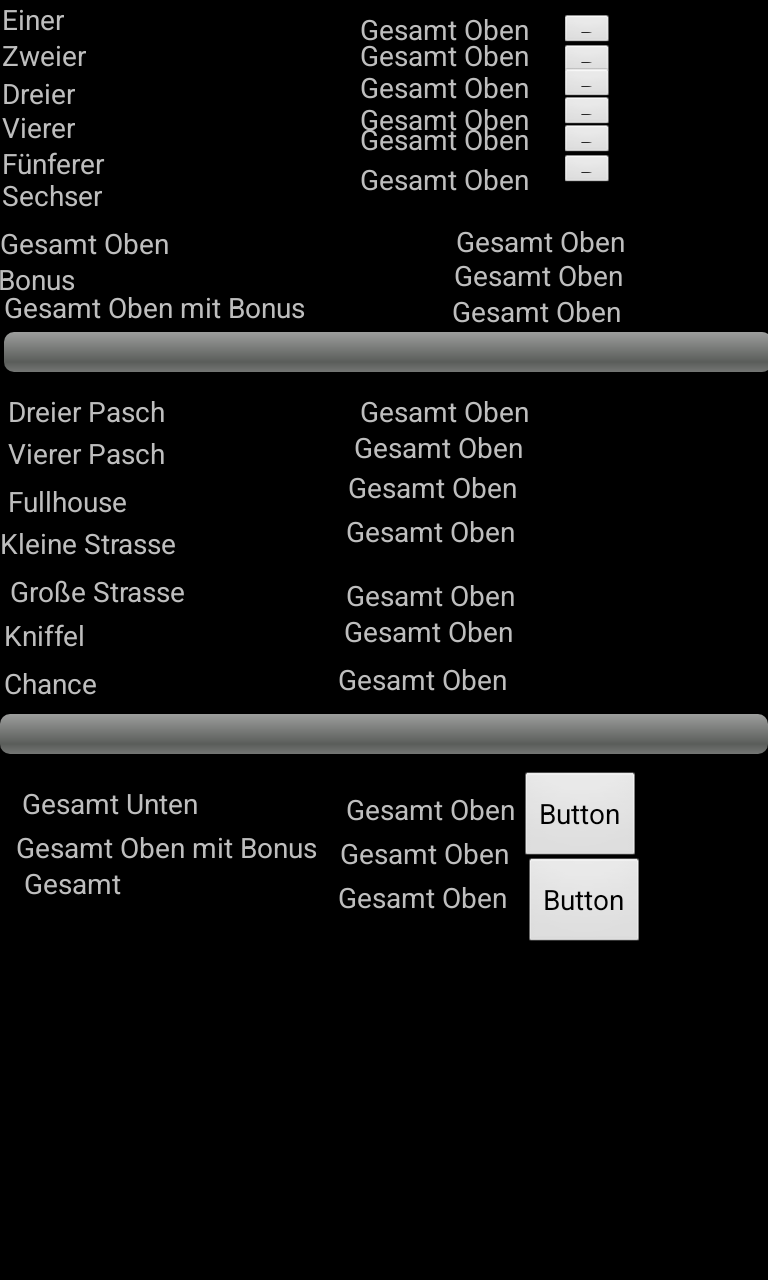
Repository: Lemkerene/App
Layout: kniffel/res/layout/blatt.xml
These files come from the project's save history. The layout is drawn as it stood at one moment and after the next save; the edit follows.
It is drawn on a 768 x 1280 px phone screen (xhdpi) without system bars, with theme android:Theme; the app's code is not run.

Above is the layout before, as saved 2012-08-05 11:02:28.

After the next save:
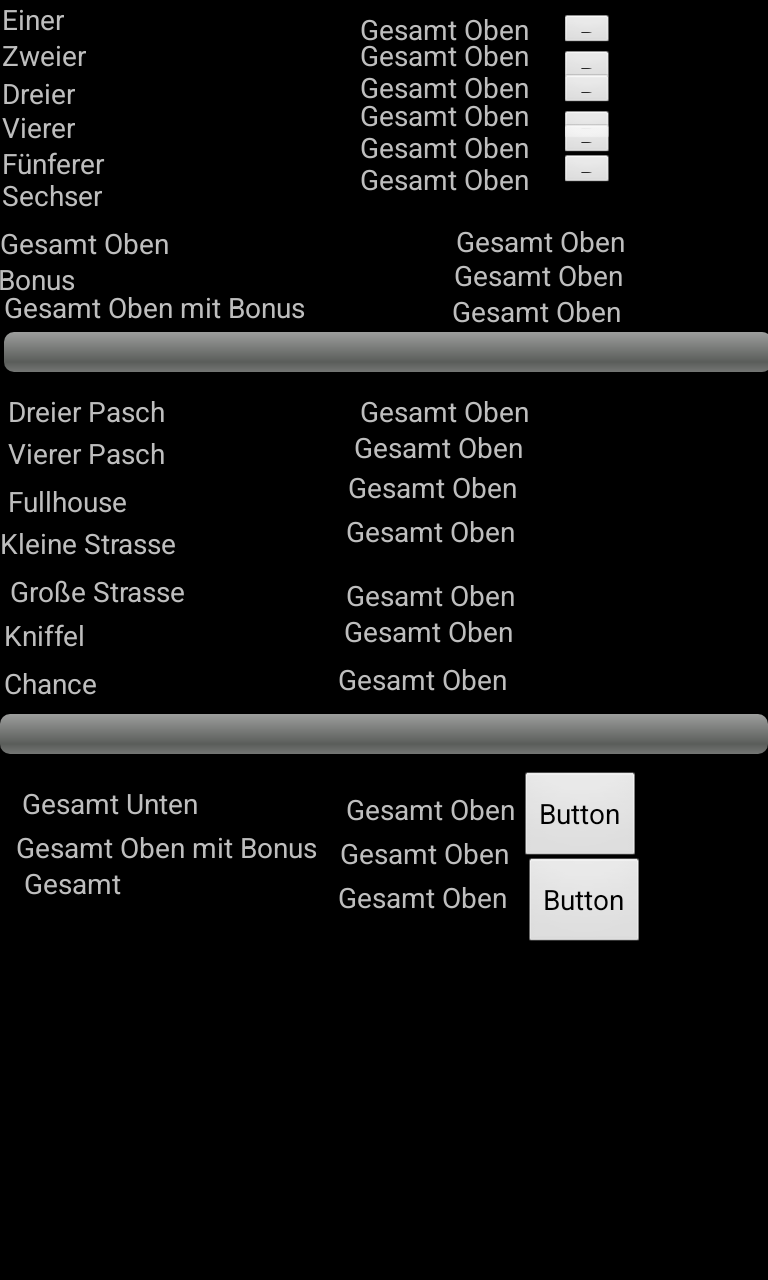
Saved 2 min 55 s later.
--- a/kniffel/res/layout/blatt.xml
+++ b/kniffel/res/layout/blatt.xml
@@ -1,8 +1,8 @@
 <?xml version="1.0" encoding="utf-8"?>
 <AbsoluteLayout xmlns:android="http://schemas.android.com/apk/res/android"
     android:id="@+id/AbsoluteLayout1"
-    android:layout_width="fill_parent"
-    android:layout_height="fill_parent" >
+    android:layout_width="match_parent"
+    android:layout_height="match_parent" >
 
     <TextView
         android:id="@+id/TextView13"
@@ -294,26 +294,6 @@
         android:text="@string/gesoben"
         android:textAppearance="?android:attr/textAppearanceSmall" />
 
-
-    <TextView
-        android:id="@+id/ein5er"
-        android:layout_width="wrap_content"
-        android:layout_height="wrap_content"
-        android:layout_x="180dp"
-        android:layout_y="60dp"
-        android:text="@string/gesoben"
-        android:textAppearance="?android:attr/textAppearanceSmall" />
-
-
-    <TextView
-        android:id="@+id/ein4er"
-        android:layout_width="wrap_content"
-        android:layout_height="wrap_content"
-        android:layout_x="180dp"
-        android:layout_y="50dp"
-        android:text="@string/gesoben"
-        android:textAppearance="?android:attr/textAppearanceSmall" />
-
     <TextView
         android:id="@+id/TextView28"
         android:layout_width="wrap_content"
@@ -395,7 +375,7 @@
         android:layout_width="27dp"
         android:layout_height="18dp"
         android:layout_x="280dp"
-        android:layout_y="22dp"
+        android:layout_y="25dp"
         android:onClick="OnClickeintrag"
         android:text="Button" />
 
@@ -406,7 +386,7 @@
         android:layout_width="27dp"
         android:layout_height="18dp"
         android:layout_x="280dp"
-        android:layout_y="34dp"
+        android:layout_y="37dp"
         android:onClick="OnClickeintrag"
         android:text="Button" />
 
@@ -417,30 +397,47 @@
         android:layout_width="27dp"
         android:layout_height="18dp"
         android:layout_x="280dp"
+        android:layout_y="55dp"
+        android:onClick="OnClickeintrag"
+        android:text="Button" />
+
+    <Button
+        android:id="@+id/be5"
+        style="?android:attr/buttonStyleSmall"
+        android:layout_width="27dp"
+        android:layout_height="18dp"
+        android:layout_x="280dp"
+        android:layout_y="62dp"
+        android:onClick="OnClickeintrag"
+        android:text="Button" />
+
+    <Button
+        android:id="@+id/be6"
+        style="?android:attr/buttonStyleSmall"
+        android:layout_width="27dp"
+        android:layout_height="18dp"
+        android:layout_x="280dp"
+        android:layout_y="77dp"
+        android:onClick="OnClickeintrag"
+        android:text="Button" />
+
+    <TextView
+        android:id="@+id/ein4er"
+        android:layout_width="wrap_content"
+        android:layout_height="wrap_content"
+        android:layout_x="180dp"
         android:layout_y="48dp"
-        android:onClick="OnClickeintrag"
-        android:text="Button" />
-
-    <Button
-        android:id="@+id/be5"
-        style="?android:attr/buttonStyleSmall"
-        android:layout_width="27dp"
-        android:layout_height="18dp"
-        android:layout_x="280dp"
-        android:layout_y="62dp"
-        android:onClick="OnClickeintrag"
-        android:text="Button" />
-
-    <Button
-        android:id="@+id/be6"
-        style="?android:attr/buttonStyleSmall"
-        android:layout_width="27dp"
-        android:layout_height="18dp"
-        android:layout_x="280dp"
-        android:layout_y="77dp"
-        android:onClick="OnClickeintrag"
-        android:text="Button" />
-
+        android:text="@string/gesoben"
+        android:textAppearance="?android:attr/textAppearanceSmall" />
+
+    <TextView
+        android:id="@+id/ein5er"
+        android:layout_width="wrap_content"
+        android:layout_height="wrap_content"
+        android:layout_x="180dp"
+        android:layout_y="64dp"
+        android:text="@string/gesoben"
+        android:textAppearance="?android:attr/textAppearanceSmall" />
 
     <TextView
         android:id="@+id/ein6er"
